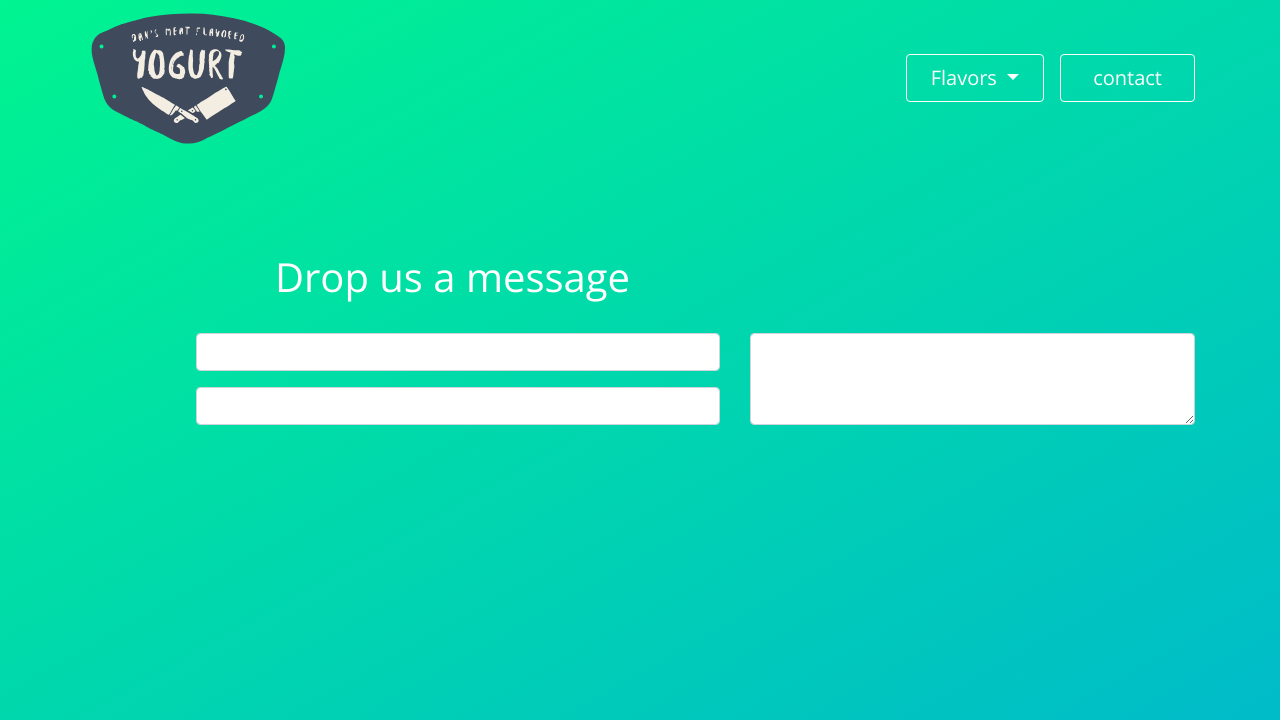
Repository: hoangnam180/Huyen
Page: Form.html
An editor plug-in stored every save of this project. The page is shown before and after the next save, followed by the edit.
The browser window is 1280 px wide. The pictures show the whole page.

Above is the page before, as saved 2021-12-03 18:55:21.
Not found: space.scss

After the next save:
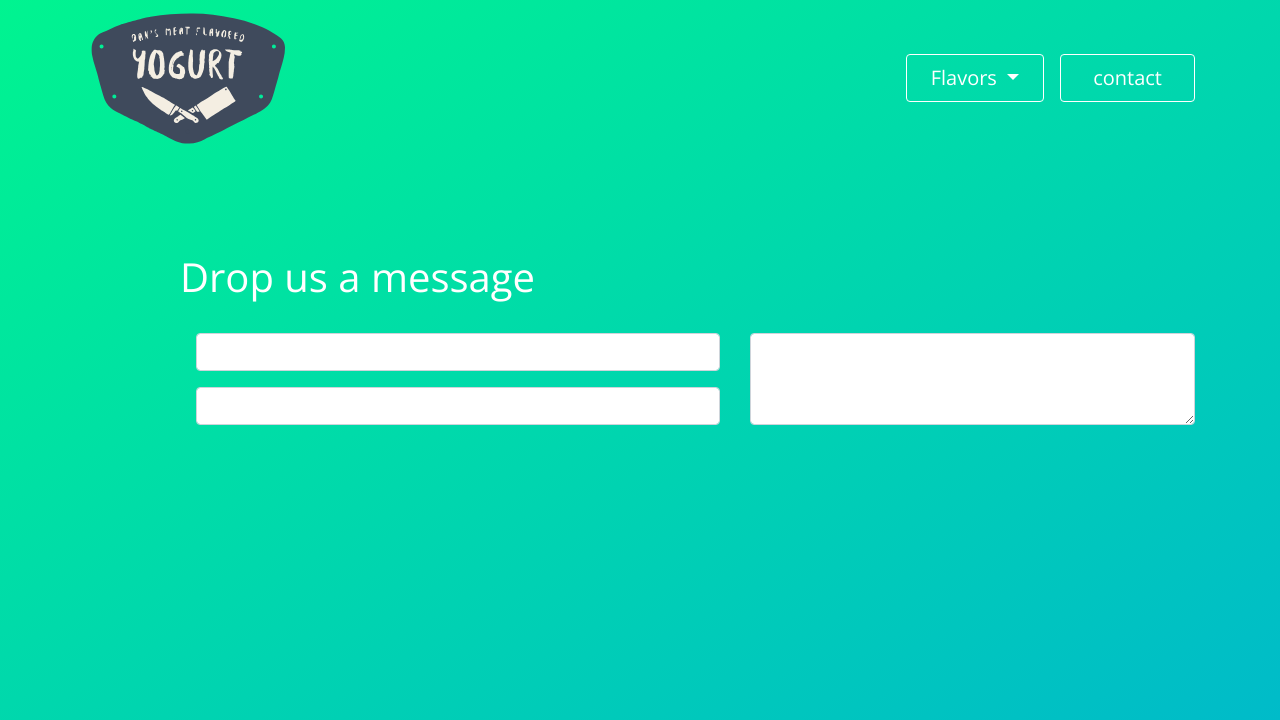
Saved 11 s later.
--- a/Form.html
+++ b/Form.html
@@ -54,7 +54,7 @@
     <!-- end nav -->
     <div class="form">
         <div class="row ">
-            <div class="col-10 offset-2 mt-5"><h1 class="text-white mt-5">Drop us a message</h1></div>
+            <div class="col-11 offset-1 mt-5"><h1 class="text-white mt-5">Drop us a message</h1></div>
         </div>
         <div class="row mt-4">
             <div class="col">
